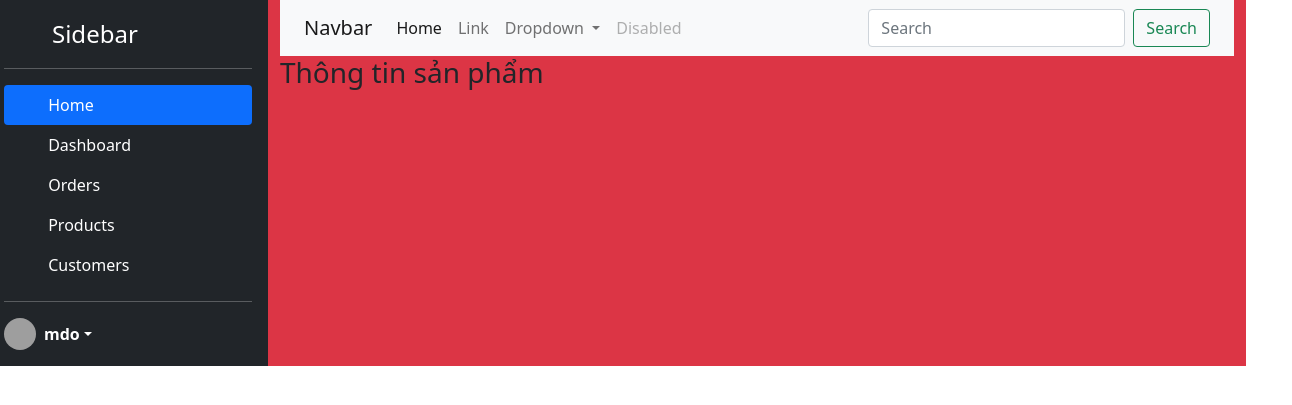
Repository: Lehuyhuynh/BT12-BOOTSTRAP
Page: index.html
These files come from the project's save history. The page is drawn as it stood at one moment and after a run of saves; the edit follows.
The browser window is 1280 px wide. The page is 1292 px wide, so the pictures cover 1292 px, including what lies to the right of the window. The pictures show the whole page.
Pictures or frames that could not be fetched are drawn as grey boxes.

Above is the page before, as saved 2023-08-19 22:10:43.

### index.html
<!DOCTYPE html>
<html lang="en">
<head>
  <link href="https://cdn.jsdelivr.net/npm/bootstrap@5.1.3/dist/css/bootstrap.min.css" rel="stylesheet" integrity="sha384-1BmE4kWBq78iYhFldvKuhfTAU6auU8tT94WrHftjDbrCEXSU1oBoqyl2QvZ6jIW3" crossorigin="anonymous">
  <meta charset="UTF-8">
  <meta name="viewport" content="width=device-width, initial-scale=1.0">
  <title>BT2</title>
</head>
<body>
  <div class="row">
    <div class=" col-3 d-flex flex-column flex-shrink-0 p-3 text-white bg-dark rounded-lg" style="width: 280px;">
      <a href="/" class="d-flex align-items-center mb-3 mb-md-0 me-md-auto text-white text-decoration-none">
        <svg class="bi me-2" width="40" height="32"><use xlink:href="#bootstrap"></use></svg>
        <span class="fs-4">Sidebar</span>
      </a>
      <hr>
      <ul class="nav nav-pills flex-column mb-auto">
        <li class="nav-item">
          <a href="#" class="nav-link active" aria-current="page">
            <svg class="bi me-2" width="16" height="16"><use xlink:href="#home"></use></svg>
            Home
          </a>
        </li>
        <li>
          <a href="#" class="nav-link text-white">
            <svg class="bi me-2" width="16" height="16"><use xlink:href="#speedometer2"></use></svg>
            Dashboard
          </a>
        </li>
        <li>
          <a href="#" class="nav-link text-white">
            <svg class="bi me-2" width="16" height="16"><use xlink:href="#table"></use></svg>
            Orders
          </a>
        </li>
        <li>
          <a href="#" class="nav-link text-white">
            <svg class="bi me-2" width="16" height="16"><use xlink:href="#grid"></use></svg>
            Products
          </a>
        </li>
        <li>
          <a href="#" class="nav-link text-white">
            <svg class="bi me-2" width="16" height="16"><use xlink:href="#people-circle"></use></svg>
            Customers
          </a>
        </li>
      </ul>
      <hr>
      <div class="dropdown">
        <a href="#" class="d-flex align-items-center text-white text-decoration-none dropdown-toggle" id="dropdownUser1" data-bs-toggle="dropdown" aria-expanded="false">
          <img src="https://github.com/mdo.png" alt="" width="32" height="32" class="rounded-circle me-2">
          <strong>mdo</strong>
        </a>
        <ul class="dropdown-menu dropdown-menu-dark text-small shadow" aria-labelledby="dropdownUser1" style="">
          <li><a class="dropdown-item" href="#">New project...</a></li>
          <li><a class="dropdown-item" href="#">Settings</a></li>
          <li><a class="dropdown-item" href="#">Profile</a></li>
          <li><hr class="dropdown-divider"></li>
          <li><a class="dropdown-item" href="#">Sign out</a></li>
        </ul>
      </div>
    </div>
    <div class="main-content bg-danger col-9" >
      <nav class="navbar navbar-expand-lg navbar-light bg-light">
        <div class="container-fluid">
          <a class="navbar-brand" href="#">Navbar</a>
          <button class="navbar-toggler" type="button" data-bs-toggle="collapse" data-bs-target="#navbarSupportedContent" aria-controls="navbarSupportedContent" aria-expanded="false" aria-label="Toggle navigation">
            <span class="navbar-toggler-icon"></span>
          </button>
          <div class="collapse navbar-collapse" id="navbarSupportedContent">
            <ul class="navbar-nav me-auto mb-2 mb-lg-0">
              <li class="nav-item">
                <a class="nav-link active" aria-current="page" href="#">Home</a>
              </li>
              <li class="nav-item">
                <a class="nav-link" href="#">Link</a>
              </li>
              <li class="nav-item dropdown">
                <a class="nav-link dropdown-toggle" href="#" id="navbarDropdown" role="button" data-bs-toggle="dropdown" aria-expanded="false">
                  Dropdown
                </a>
                <ul class="dropdown-menu" aria-labelledby="navbarDropdown">
                  <li><a class="dropdown-item" href="#">Action</a></li>
                  <li><a class="dropdown-item" href="#">Another action</a></li>
                  <li><hr class="dropdown-divider"></li>
                  <li><a class="dropdown-item" href="#">Something else here</a></li>
                </ul>
              </li>
              <li class="nav-item">
                <a class="nav-link disabled" href="#" tabindex="-1" aria-disabled="true">Disabled</a>
              </li>
            </ul>
            <form class="d-flex">
              <input class="form-control me-2" type="search" placeholder="Search" aria-label="Search">
              <button class="btn btn-outline-success" type="submit">Search</button>
            </form>
          </div>
        </div>
      </nav>
      <div class="row">

        <h3>Thông tin sản phẩm<h3>

          <div class="more col-8">

            <div class="product">

            </div>


          </div>

          <div class="category col-4"></div>






      </div>
    </div>


  </div>

  <script src="https://cdn.jsdelivr.net/npm/bootstrap@5.1.3/dist/js/bootstrap.bundle.min.js" integrity="sha384-ka7Sk0Gln4gmtz2MlQnikT1wXgYsOg+OMhuP+IlRH9sENBO0LRn5q+8nbTov4+1p" crossorigin="anonymous"></script>
</body>
</html>

After the next 4 saves:
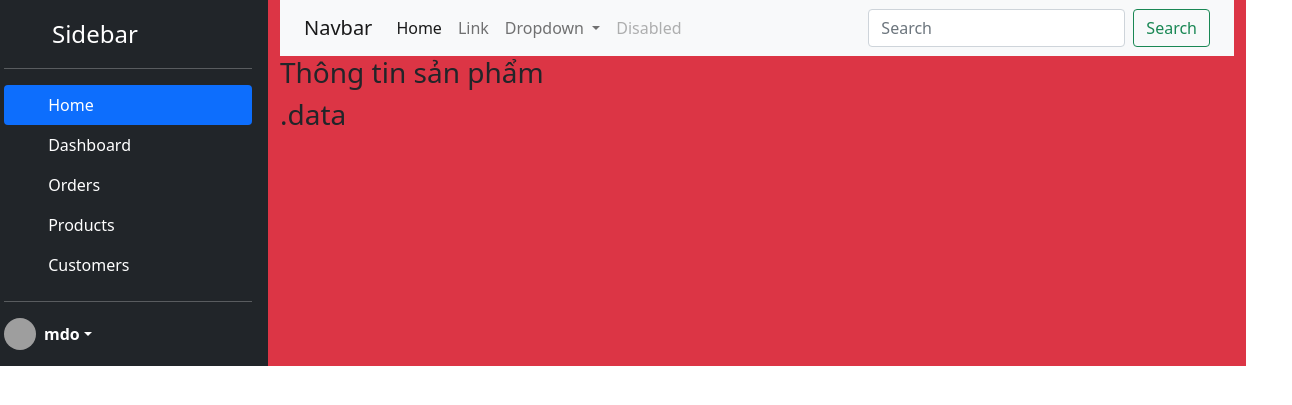
The 4 saves are shown as one change because they came seconds apart.
The last was saved 29 s later.
--- a/index.html
+++ b/index.html
@@ -108,7 +108,7 @@
 
             </div>
 
-
+            .data
           </div>
 
           <div class="category col-4"></div>

After the 3 saves that followed:
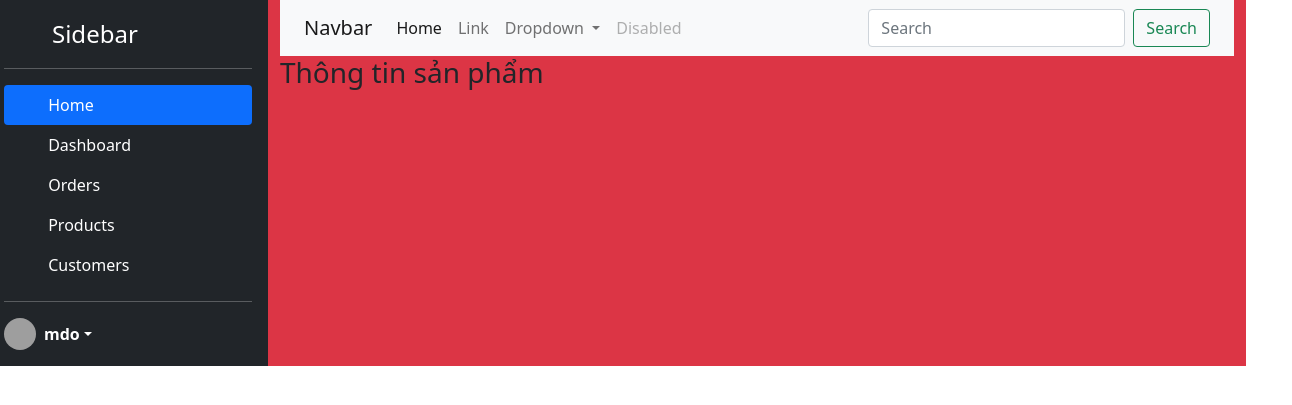
The 3 saves are shown as one change because they came seconds apart.
The last was saved 8 s later.
--- a/index.html
+++ b/index.html
@@ -108,7 +108,10 @@
 
             </div>
 
-            .data
+            <div class="data">
+
+            </div>
+
           </div>
 
           <div class="category col-4"></div>
